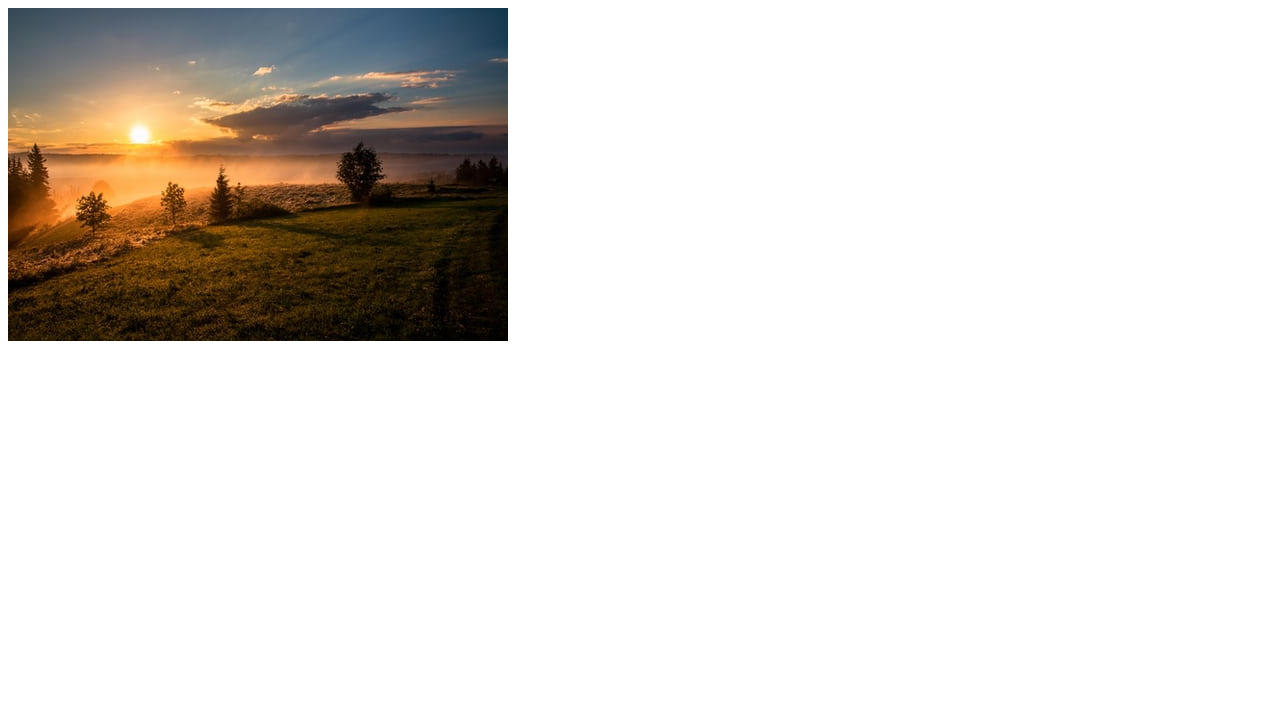
Repository: ArchivvonJang/learn_program_language
Page: webApp/WebContent/Javascript/js21_scrollBanner/img/js21_scrollBanner.html
An editor plug-in stored every save of this project. The page is shown before and after the next save, followed by the edit.
The browser window is 1280 px wide. The pictures show the whole page.

Above is the page before, as saved 2021-03-04 00:50:42.

After the next save:
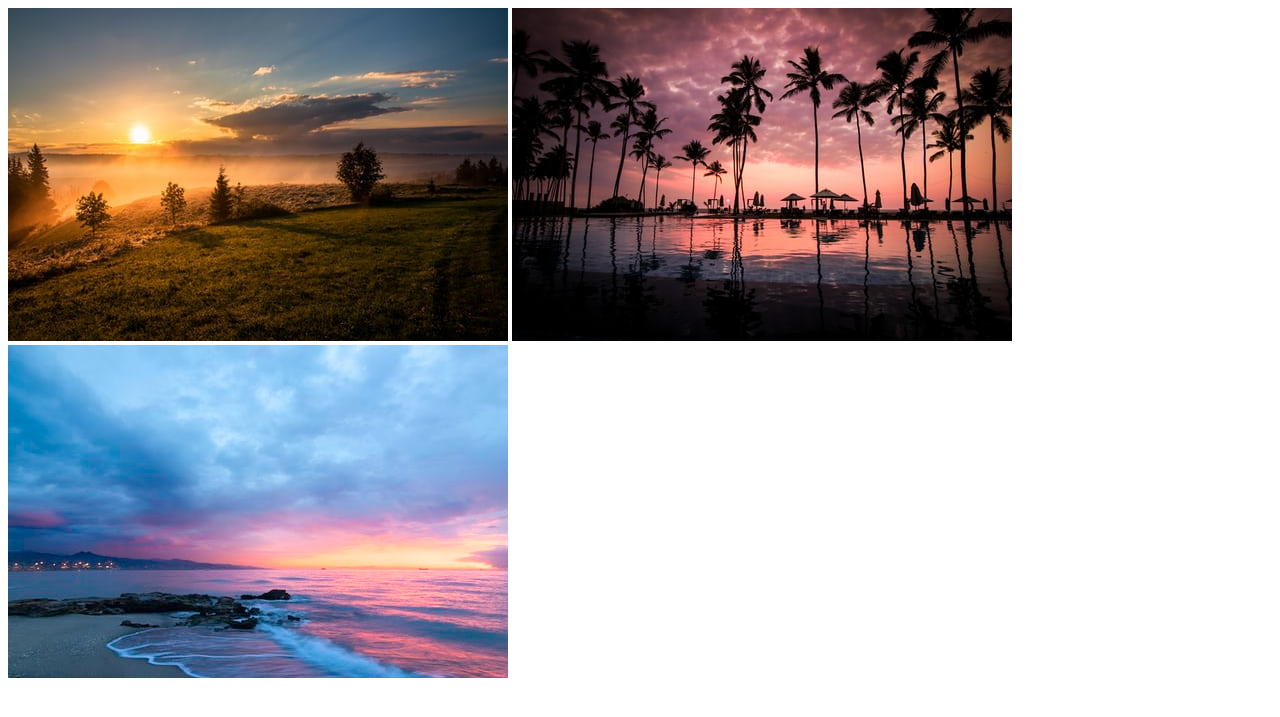
Saved 52 s later.
--- a/webApp/WebContent/Javascript/js21_scrollBanner/img/js21_scrollBanner.html
+++ b/webApp/WebContent/Javascript/js21_scrollBanner/img/js21_scrollBanner.html
@@ -3,12 +3,19 @@
 <head>
 <meta charset="UTF-8">
 <title>Insert title here</title>
+<style>
+	#header1, #header2{
+
+	}
+</style>
 </head>
 <body>
-<div id= "header"></div>
+<div id= "header1"></div>
 <div id="header2"></div>
 <div id="bar"></div>
 <div id="content"></div>
 	<img src="img/sunset1.jpg"/>
+	<img src="img/sunset2.jpg"/>
+	<img src="img/sunset3.jpg"/>
 </body>
 </html>
